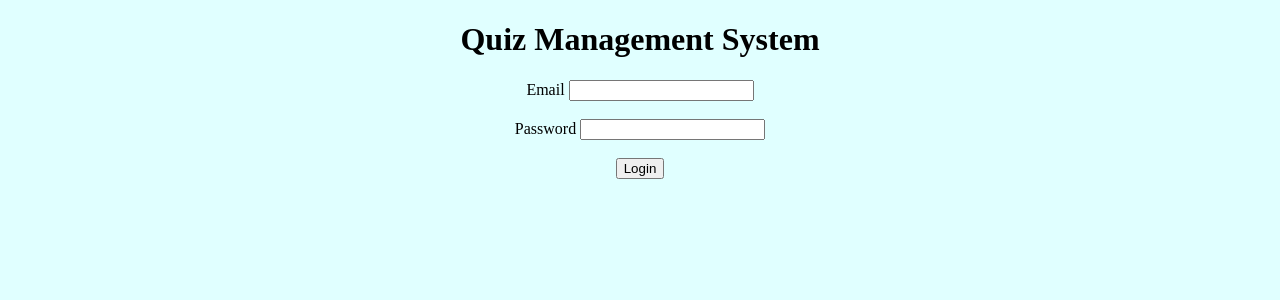
Repository: Rohitsenpai01/Quiz-Manangement-System
Page: http://localhost/WebQuizApp/
An editor plug-in stored every save of this project. The page is shown before and after the next save, followed by the edit.
The browser window is 1280 px wide. The pictures show the whole page.
The page is served by Tomcat 9. Other server files are loaded and not shown.

Above is the page before, as saved 2025-12-29 05:33:58.

### WebQuizApp/WebQuizApp/src/main/webapp/index.jsp
<%@ page language="java" contentType="text/html; charset=UTF-8"
    pageEncoding="UTF-8"%>
<!DOCTYPE html>
<html>
<head>
<meta charset="UTF-8">
<title>Insert title here</title>
</head>
<body bgcolor="${initParam.theme}">
	<h1 style="text-align: center;">${initParam.appTitle}</h1>
	<form method="post" action="login.jsp" style="text-align: center;">
		Email <input type="text" name="email"><br><br>
		Password <input type="password" name="passwd"><br><br>
		<input type="submit" value="Login">
	</form>
</body>
</html>

After the next save:
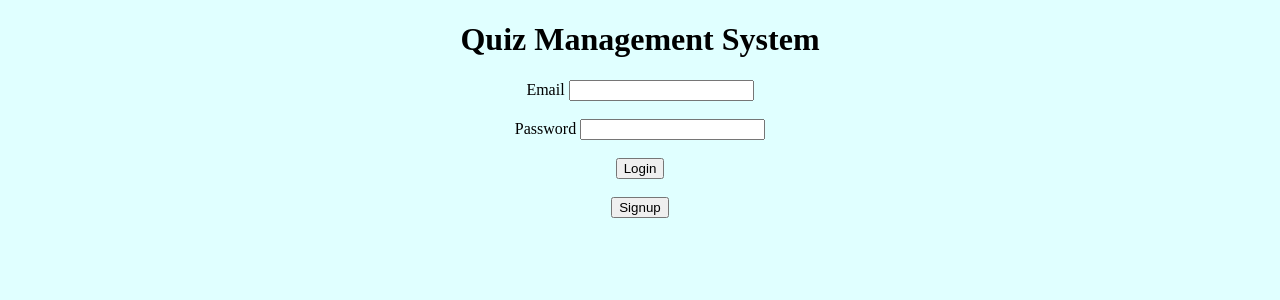
Saved 53 s later.
--- a/WebQuizApp/WebQuizApp/src/main/webapp/index.jsp
+++ b/WebQuizApp/WebQuizApp/src/main/webapp/index.jsp
@@ -11,7 +11,8 @@
 	<form method="post" action="login.jsp" style="text-align: center;">
 		Email <input type="text" name="email"><br><br>
 		Password <input type="password" name="passwd"><br><br>
-		<input type="submit" value="Login">
+		<input type="submit" value="Login"><br><br>
+		<input type="submit" value="Signup"><br><br>
 	</form>
 </body>
 </html>
